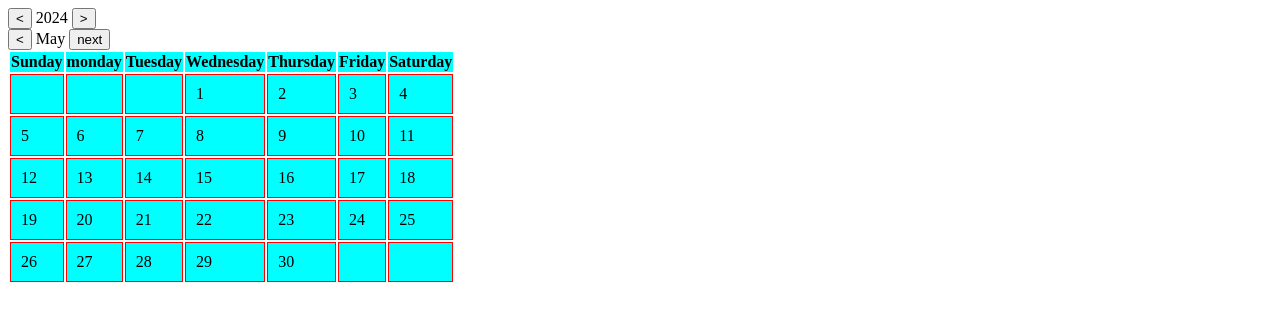
Repository: fateme81yosefi/calendar
Page: index.html
An editor plug-in stored every save of this project. The page is shown before and after the next save, followed by the edit.
The browser window is 1280 px wide. The pictures show the whole page.

Above is the page before, as saved 2024-05-30 22:26:58.

After the next save:
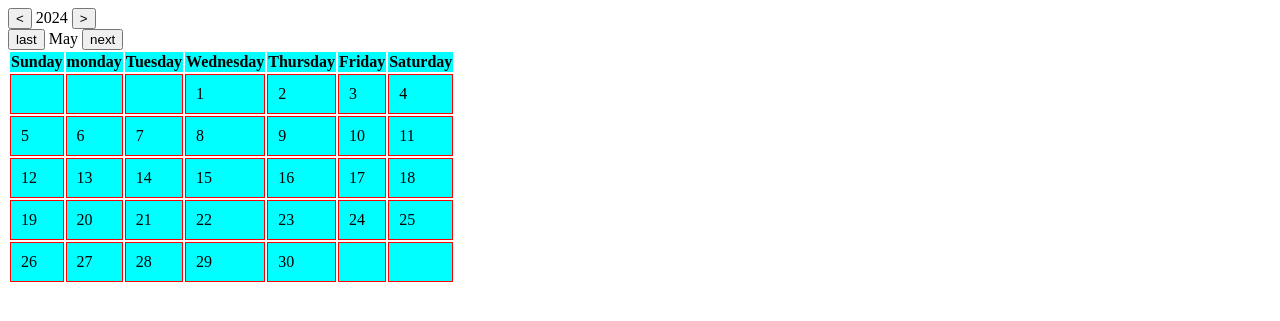
Saved 5 s later.
--- a/index.html
+++ b/index.html
@@ -20,7 +20,7 @@
 
     </div>
     <div class="contain-month">
-         <button onclick="dec()"> < </button>
+         <button onclick="dec()"> last </button>
           <span id="month"></span>
           <button onclick="increseMonth()">next </button>
     </div>
